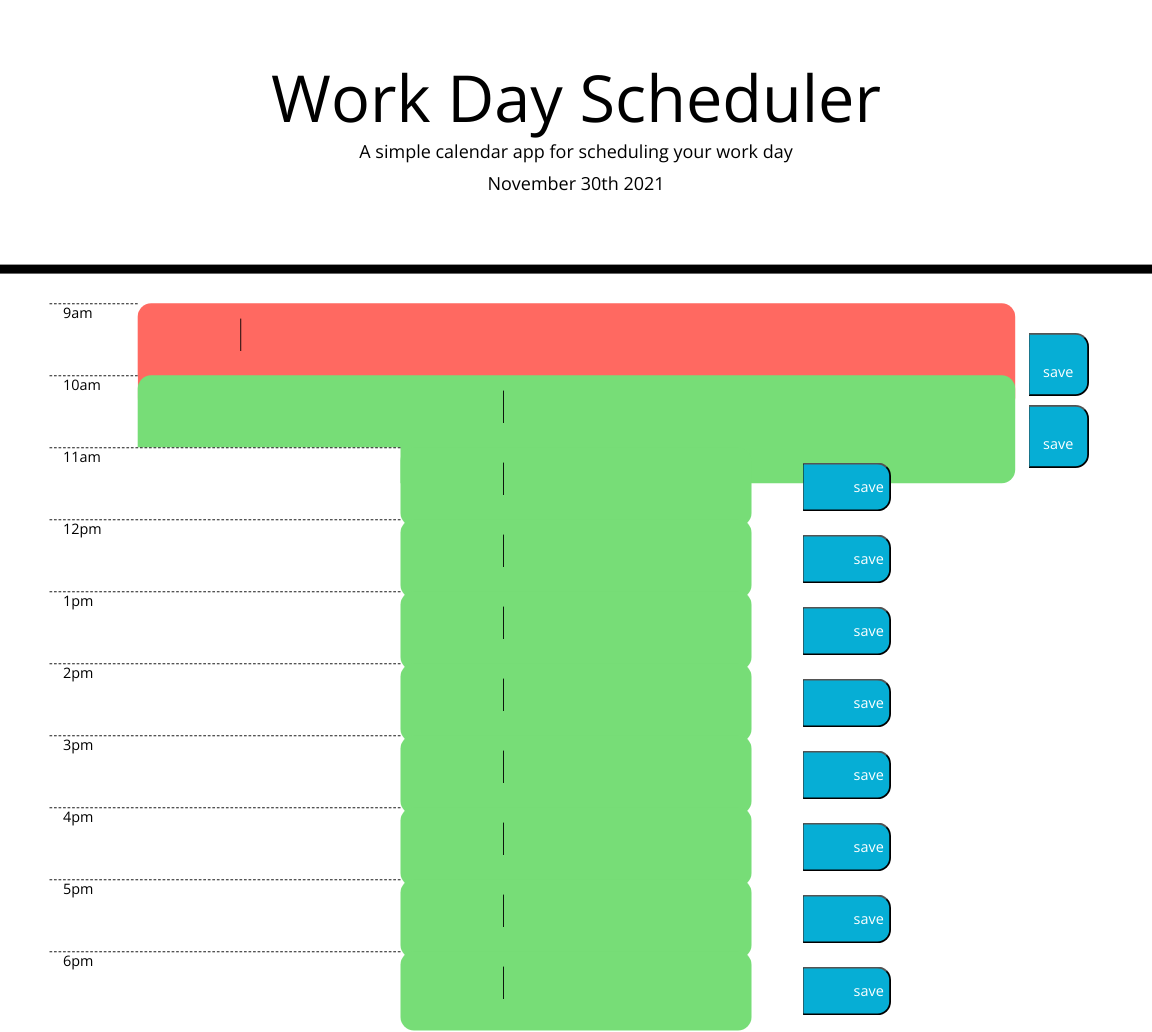
Repository: Naomilounsbury/work-day-scheduler
Page: index.html
The author's editor kept a copy of each file at every save. The page is drawn from the files as they stood at one save, then again after the next save.
The browser window is 1280 px wide. The pictures show the whole page, at 90% of full size.
Some web libraries are served in a nearby version.

Above is the page before, as saved 2021-12-05 16:57:17.

After the next save:
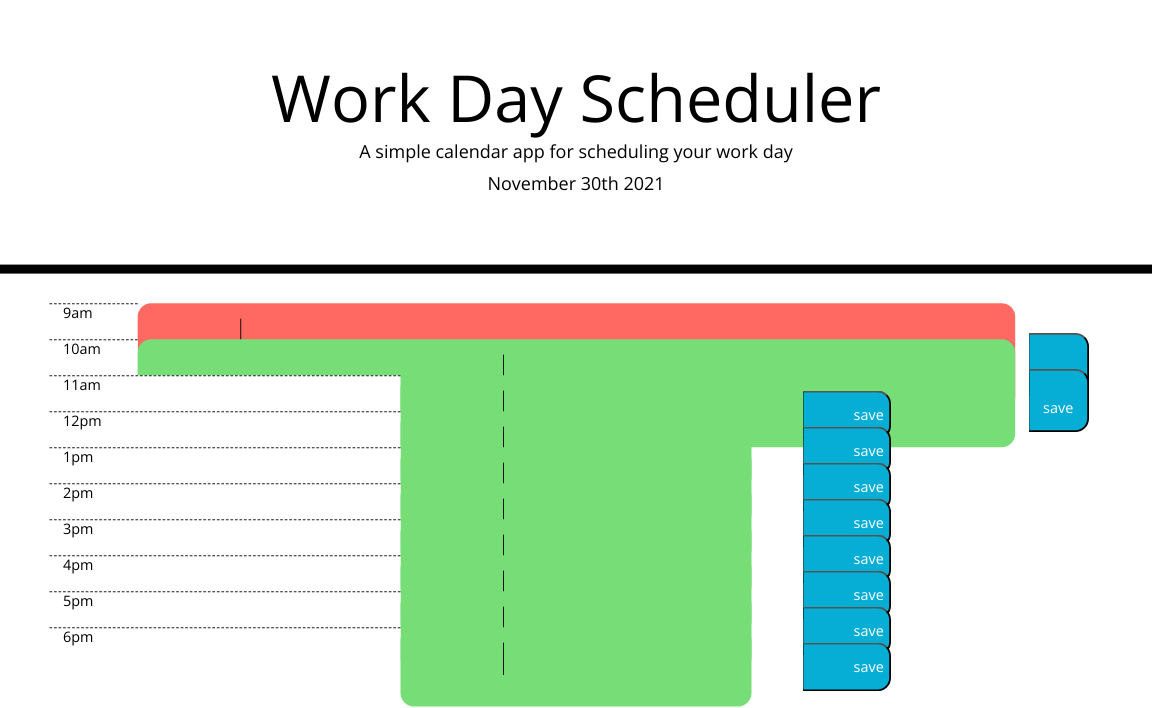
Saved 76 s later.
--- a/assets/css/style.css
+++ b/assets/css/style.css
@@ -32,7 +32,7 @@ textarea{
 
 .row {
   white-space: pre-wrap;
-  height: 80px;
+  height: 40px;
   border-top: 1px solid white;;
 }
 
